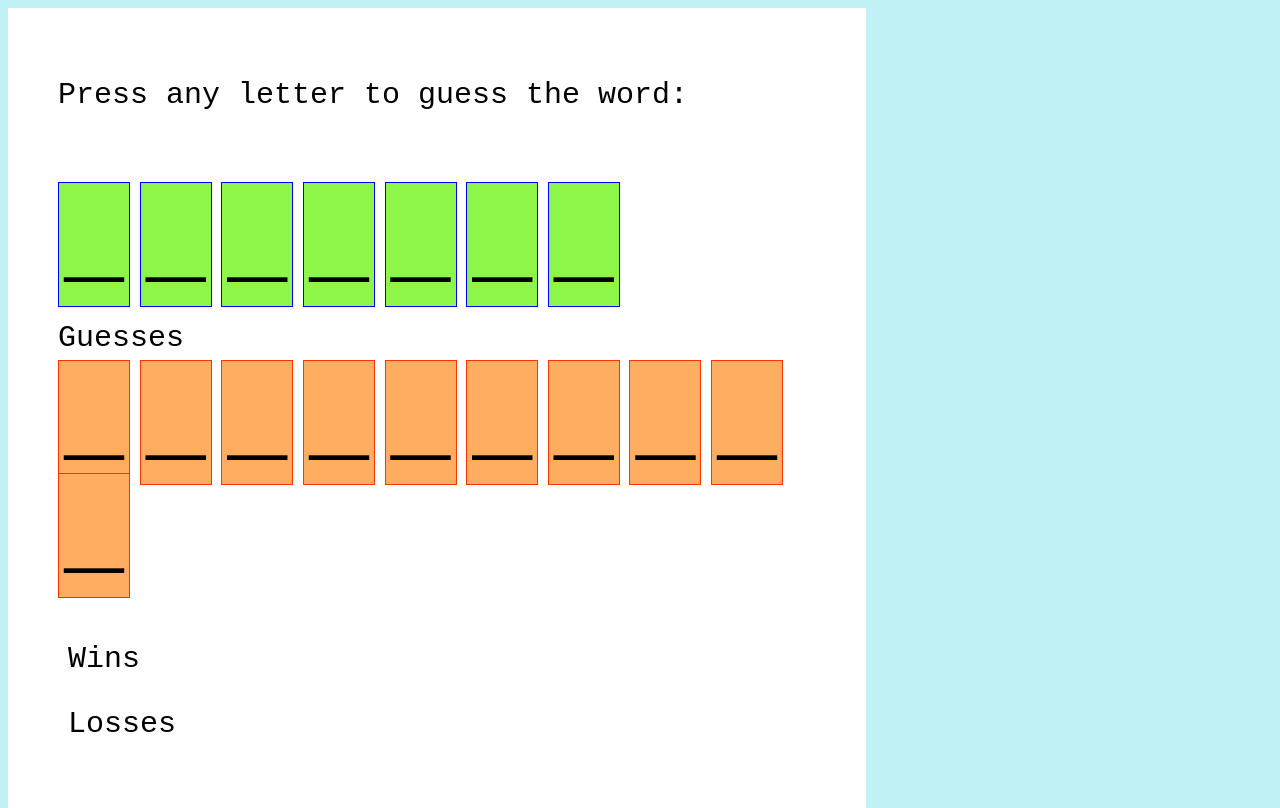
Repository: dsaftler/JavaScript
Page: index.html
An editor plug-in stored every save of this project. The page is shown before and after the next save, followed by the edit.
The browser window is 1280 px wide. The pictures show the whole page.

Above is the page before, as saved 2019-05-11 20:14:19.

### index.html
<!DOCTYPE html>
<html lang="en">
<head>
  <meta charset="UTF-8">
  <meta name="viewport" content="width=device-width, initial-scale=1.0">
  <meta http-equiv="X-UA-Compatible" content="ie=edge">
  <link href="https://fonts.googleapis.com/css?family=Ubuntu+Mono" rel="stylesheet">
  <link rel="stylesheet" href="assets\css\style.css">
<script src="https://ajax.googleapis.com/ajax/libs/jquery/3.4.0/jquery.min.js"></script>

  <title>JavaScript Hangman Game</title>
</head>
<body>
    <div class="container">
        <div class="instructions showtext">Press any letter to guess the word: </div>

         <div class="showtext" id="correctWord" ></div>



         <div class="letter match" id="chr_0">_</div>
         <div class="letter match" id="chr_1">_</div>
         <div class="letter match" id="chr_2">_</div>
         <div class="letter match" id="chr_3">_</div>
         <div class="letter match" id="chr_4">_</div>
         <div class="letter match" id="chr_5">_</div>
         <div class="letter match" id="chr_6">_</div>
          <div class="letter match" id="chr_7">_</div>
          <div class="letter match" id="chr_8">_</div>
          <div class="letter match" id="chr_9">_</div>

        <div class="showtext" id="showGuesses">Guesses </div>

        <div class="letter guessed" id="guess_0">_</div>
        <div class="letter guessed" id="guess_1">_</div>
        <div class="letter guessed" id="guess_2">_</div>
        <div class="letter guessed" id="guess_3">_</div>
        <div class="letter guessed" id="guess_4">_</div>
        <div class="letter guessed" id="guess_5">_</div>
        <div class="letter guessed" id="guess_6">_</div>
        <div class="letter guessed" id="guess_7">_</div>
        <div class="letter guessed" id="guess_8">_</div>
        <div class="letter guessed" id="guess_9">_</div>

      <div class="score">
      <div class="showtext" id="showWins">Wins</div>
      <div class="showtext" id="showLosses">Losses</div>

    </div>

    <script type="text/javascript" src="assets/javascript/game.js"></script>


</body>
</html>

### assets/css/style.css
body {font-family: 'Ubuntu+Mono',monospace, sans-serif;
  font-weight: 400;
  background-color: rgb(192, 241, 245);
  height: 600px;
}
.container {width:60%;
  max-width: 960px;

 /* background-image: "url('assets/images/Hangman.png')";  */
 background-color: white;
 height:700px;
 padding: 50px;
 }
 .showtext {height:35px;
  padding: 20px 0 10px;
  font-size: 30px;
 }
.letter {font-size: 100px;
  display: inline;
  padding: 5px;}
.match {
  border: 1px solid blue;
  background-color: rgb(142, 245, 73)}
.guessed {
  font-weight: 100;
  border: 1px solid #ff3300;
  background-color: rgb(255, 173, 96);
}
.score{
  margin-top: 20px;
  padding:10px;
  height:120px;
}
.warn{
 color: red;
}
.normal{
  color:black;
}
.win{
  color: green;
}

### assets/javascript/game.js
// Variables
var cntWins,
  curCntGuess,
  ltr_0,
  ltr_1,
  ltr_2,
  ltr_3,
  ltr_4,
  ltr_5,
  ltr_6,
  ltr_7,
  ltr_8,
  ltr_9;
var ltrTried_0,
  ltrTried_1,
  ltrTried_2,
  ltrTried_3,
  ltrTried_4,
  ltrTried_5,
  ltrTried_6,
  ltrTried_7,
  ltrTried_8,
  ltrTried_9;

var maxGuesses = 9,
  cntWins = 0,
  cntLosses = 0;
var userGuess;
// within the game
// while wordArr.length>0
//while (wordArr.length>0) {
var curPtr, curCntGuess,
  curLetter, curWord, myWord,
  badGuess, curWordArr, builtWord,
  isFound,
  curPtr = 0,
  firstTime = true;

console.log('firstTime:' + firstTime)

var wordArr = [
  {word:"unicorn",
    image: "assets/images/unicorn.png",
    imgAlt: "Unicorn"},
  {word: "griffin",
    image: "assets/images/griffin.png",
    imgAlt: "Griffin"},
  {word: "manticore",
    image: "assets/images/manticore.png",
    imgAlt: "Manticore"},
  {word: "mermaid",
    image: "assets/images/mermaid.png",
    imgAlt: "Mermaid"},
  {word: "centaur",
    image: "assets/images/centaur.png",
    imgAlt: "Centaur" },
  {word: "pegasus",
  image: "assets/images/pegasus.png",
    imgAlt: "Pegasus" },
  {word: "minotaur",
    image: "assets/images/minotaur.png",
    imgAlt: "minotaur"},
  {word: "dragon",
    image: "assets/images/dragon.png",
    imgAlt: "Dragon" },
  {word: "basilisk",
  image: "assets/images/basilisk.png",
    imgAlt: "Basilisk"},
  {word: "hippogriff",
    image: "assets/images/hippogriff.png",
    imgAlt: "Hippogriff"}];

initGame();

document.onkeydown = function (event) {
  isFound = false
  // Determines which key was pressed.
  var userGuess = event.key;

  userGuess = userGuess.toLowerCase()
  let asciiChr=userGuess.charCodeAt(0)
  if (asciiChr >= 97 && asciiChr <= 122) {
  // console.log("userGuess: " + userGuess);
  // is userGuess already in badGuess
  //showValue("curGuess",userGuess);
    showValue("showGuesses", "Guesses",'normal')
    for (let i = 0; i < badGuess.length; i++) {
      //See if that letter was already chosen by parsing badGuess
      if (badGuess[i] === userGuess) {
        //alert("You alread guessed "+userGuess)
        showValue("showGuesses", "You already guessed " + userGuess,'warn')
        isFound = true
      }
    }
    //see if it's in the target word
    // for every letter in curWord, see if that letter exists at that index  charAt(index)
    console.log("curWordArr " + curWordArr)
    if (!isFound) {
      for (let i = 0; i < curWordArr.length; i++) {
        //if index [j]is blank and matches our guess

        if (curWordArr[i] === userGuess) {
          console.log("curWordArr " + i + '=' + curWordArr[i])
          builtWord[i] = userGuess
          //set getElementId for that index (see if I can create a variable "ltr_"+(toString([j]))
          //id="chr_0"
          el = 'chr_' + i
          showValue(el, userGuess)
          //getElementById(el).textContent:userGuess;
          isFound = true
        }
      }
    }
    if (!isFound) {
      el = "guess_" + badGuess.length;
      showValue(el, userGuess);
      // push to badGuess
      badGuess.push(userGuess);
      // console.log("badGuess: " + badGuess)
      curCntGuess++
      // console.log("curCntGuess :" + curCntGuess)
      // push content for ltrTried ids
      // show content for badguesses
    }



    if (curCntGuess >= maxGuesses) {
      //alert('You lost')
      cntLosses++;
      showValue("showLosses", "Losses   " + cntLosses)
      showValue("correctWord", "The Word was  " + curWord,'warn')
      nextWord()
    } else {
      if (collapseArray() === curWord) {
        //alert("You won")
        cntWins++;
        showValue("showWins", "Wins   " + cntWins)
        showValue("correctWord", "The Word was  " + curWord,'win')

        nextWord()
      } else {
        myWord = ''
      }
      // showValue("showGuesses", "Guesses")
    }
  }
}


function initGame() {
  allLetters = document.querySelectorAll('.letter');
  allLetters.forEach(element => {
    element.textContent = '_';
  });
  curCntGuess = 0;
  curLetter = "";
  curWord = "";
  myWord = "";
  badGuess = [];
  curWordArr = [];
  builtWord = [];
  console.log("WordArr aft: " + wordArr)
  console.log("wordArr.length: " + wordArr.length)
  curPtr = getRandomPtr(wordArr.length); //0
  console.log("curPtr: " + curPtr)
  //curWordArr = array the word at that index
  curWord = wordArr[curPtr].word; //unicorn
  console.log("curWord: " + curWord)
  for (let i = 0; i <=9; i++) {
    if (i < curWord.length) {
      myLetter = curWord.charAt([i]);
    //console.log(myLetter);
      curWordArr.push(myLetter);
      $("#chr_" + i).show()
    } else {
      // el = 'chr_' + i
      $("#chr_"+i).hide()
    }
  }
  //clear the ltrTried & ltr elements
  //console.log(curPtr);
  //console.log(curWord);
  console.log("curWordArr " + curWordArr)
}

function nextWord() {
  console.log("Word Arr b4: " + wordArr)
  wordArr.splice(curPtr, 1)
  if (wordArr.length === 0) {
    //alert("End of Game")
  } else {
    initGame()
  }
}

function showValue(thisId, thisValue,msgType) {
  var target = document.getElementById(thisId);
  // console.log(thisValue)
  // console.log(thisId)

  // switch(msgType) {
  //   case 'warn':
  //     clscolor='red';
  //     break;
  //   case 'win':
  //     clscolor = 'green';
  //     break;
  //   case 'normal':
  //     clscolor = 'black';
  //     break;
  // }
  target.innerHTML = thisValue;
  $("#target").addClass(msgType)
}

// function addValue(thisId, thisValue) {
//   var target = document.getElementById(thisId);
//   target.innerHTML = target.innerHTML + "      " + thisValue;
// }

function collapseArray() {

  for (let k = 0; k < builtWord.length; k++) {
    localVal = builtWord[k]
    if (typeof (localVal) != 'undefined') {
      // console.log("myWord length: "+myWord.length+ " K is "+localVal)
      myWord = myWord + localVal
      //console.log("myWord "+myWord)
    }
  }
  return myWord
}


function getUserGuess() {
  var userGuess = document.getElementById("getKeyPress");
  userGuess = userGuess.toLowerCase();


}



function getRandomPtr(max) {
  return Math.floor(Math.random() * Math.floor(max));
  // this will return 0 through max-1
}

function getRandomInt(max) {
  return getRandomPtr(max) + 1
  // this will return 1 through max
}

After the next save:
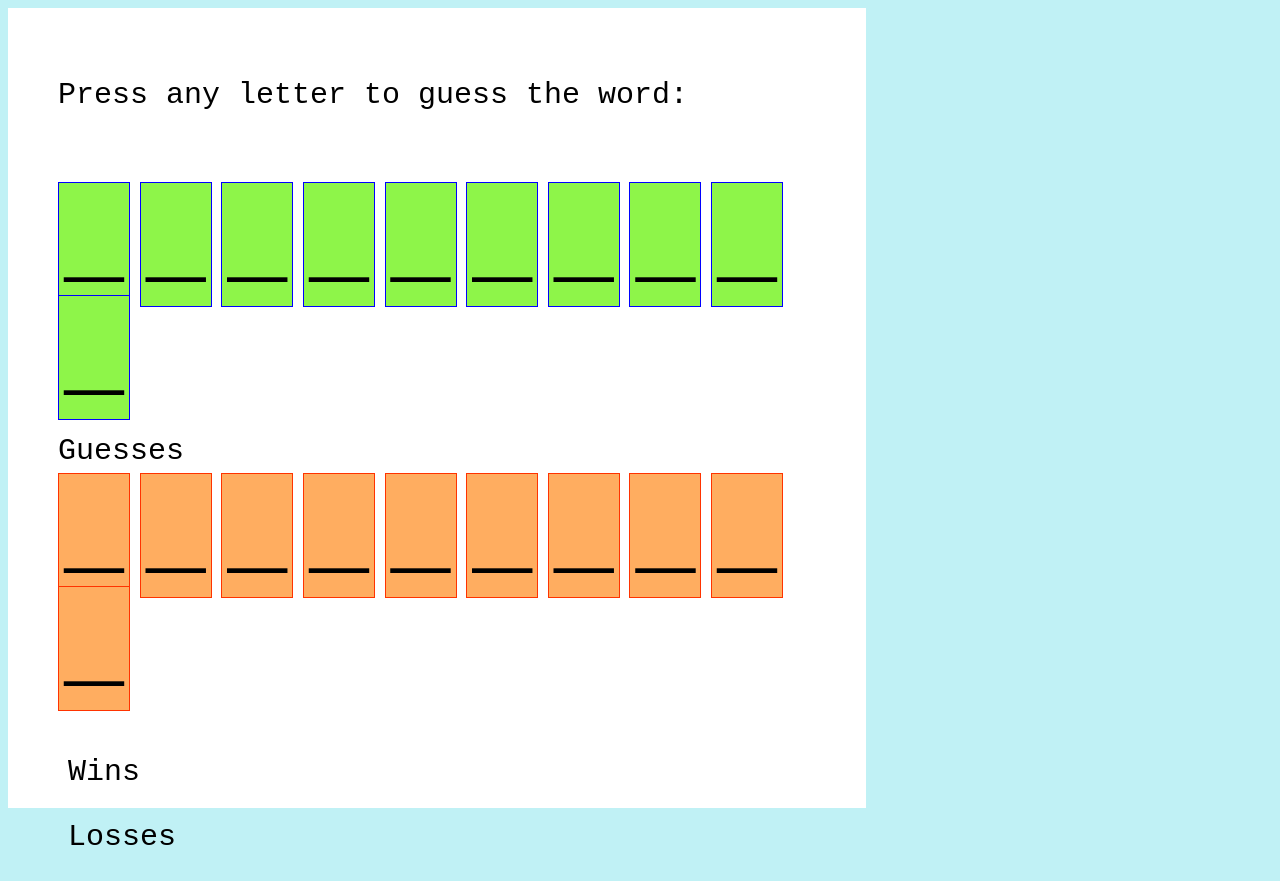
Console error (its wording comes from the project's code and is left out).
Saved 17 min 48 s later.
--- a/assets/javascript/game.js
+++ b/assets/javascript/game.js
@@ -198,20 +198,20 @@
   var target = document.getElementById(thisId);
   // console.log(thisValue)
   // console.log(thisId)
-
-  // switch(msgType) {
-  //   case 'warn':
-  //     clscolor='red';
-  //     break;
-  //   case 'win':
-  //     clscolor = 'green';
-  //     break;
-  //   case 'normal':
-  //     clscolor = 'black';
-  //     break;
-  // }
-  target.innerHTML = thisValue;
-  $("#target").addClass(msgType)
+  // this shoulc have worked with addClass!
+  switch(msgType) {
+    case 'warn':
+      clscolor='red';
+      break;
+    case 'win':
+      clscolor = 'green';
+      break;
+    case 'normal':
+      clscolor = 'black';
+      break;
+  }
+  target.innerHTML = '<span style="color:"+clscolor+'>'+thisValue+'</span>';
+  // $("#target").addClass(msgType)
 }
 
 // function addValue(thisId, thisValue) {

After the 2 saves that followed:
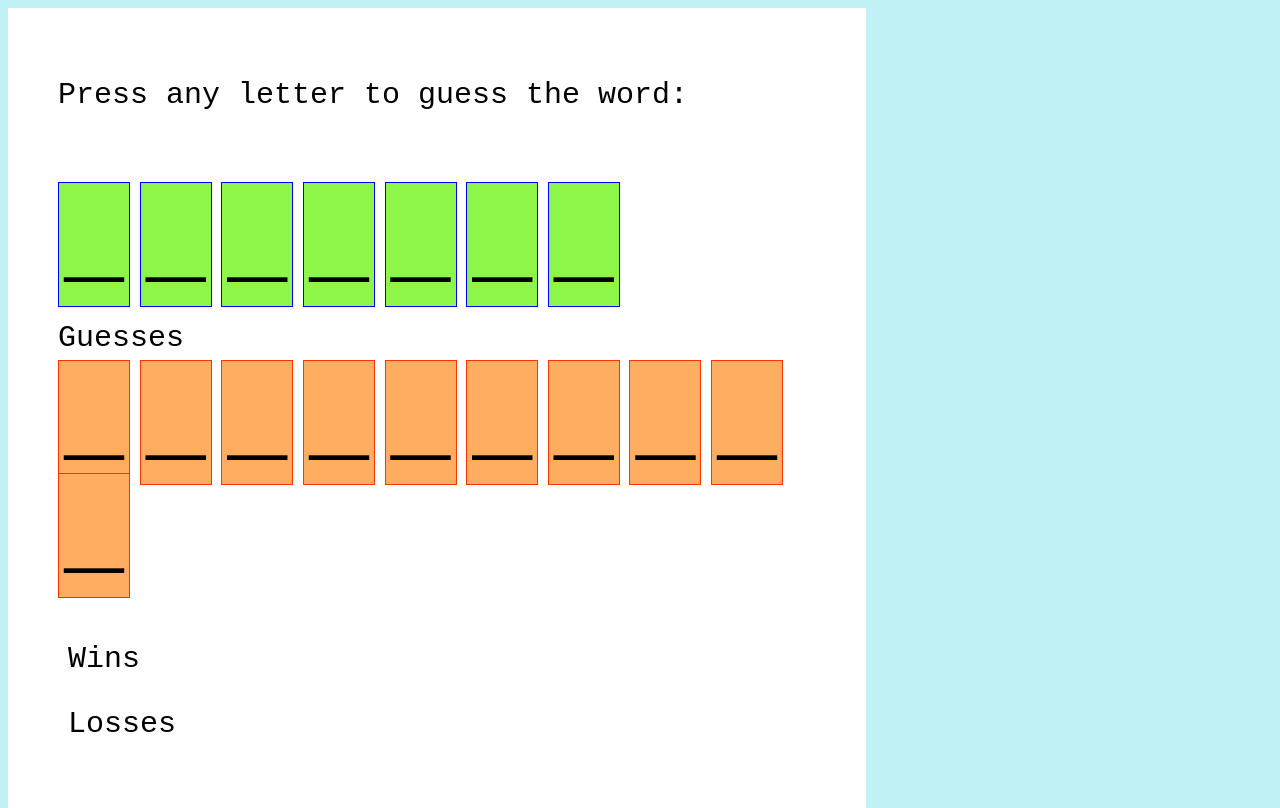
The error is gone.
The 2 saves are shown as one change because 1 left the picture as it was.
The last was saved 3 min 19 s later.
--- a/assets/css/style.css
+++ b/assets/css/style.css
@@ -31,7 +31,7 @@ body {font-family: 'Ubuntu+Mono',monospace, sans-serif;
   padding:10px;
   height:120px;
 }
-.warn{
+/* .warn{
  color: red;
 }
 .normal{
@@ -39,4 +39,4 @@ body {font-family: 'Ubuntu+Mono',monospace, sans-serif;
 }
 .win{
   color: green;
-}
+} */
--- a/assets/javascript/game.js
+++ b/assets/javascript/game.js
@@ -210,7 +210,7 @@
       clscolor = 'black';
       break;
   }
-  target.innerHTML = '<span style="color:"+clscolor+'>'+thisValue+'</span>';
+  target.innerHTML = '<span class='+msgType+'>'+thisValue+'</span>';
   // $("#target").addClass(msgType)
 }
 
